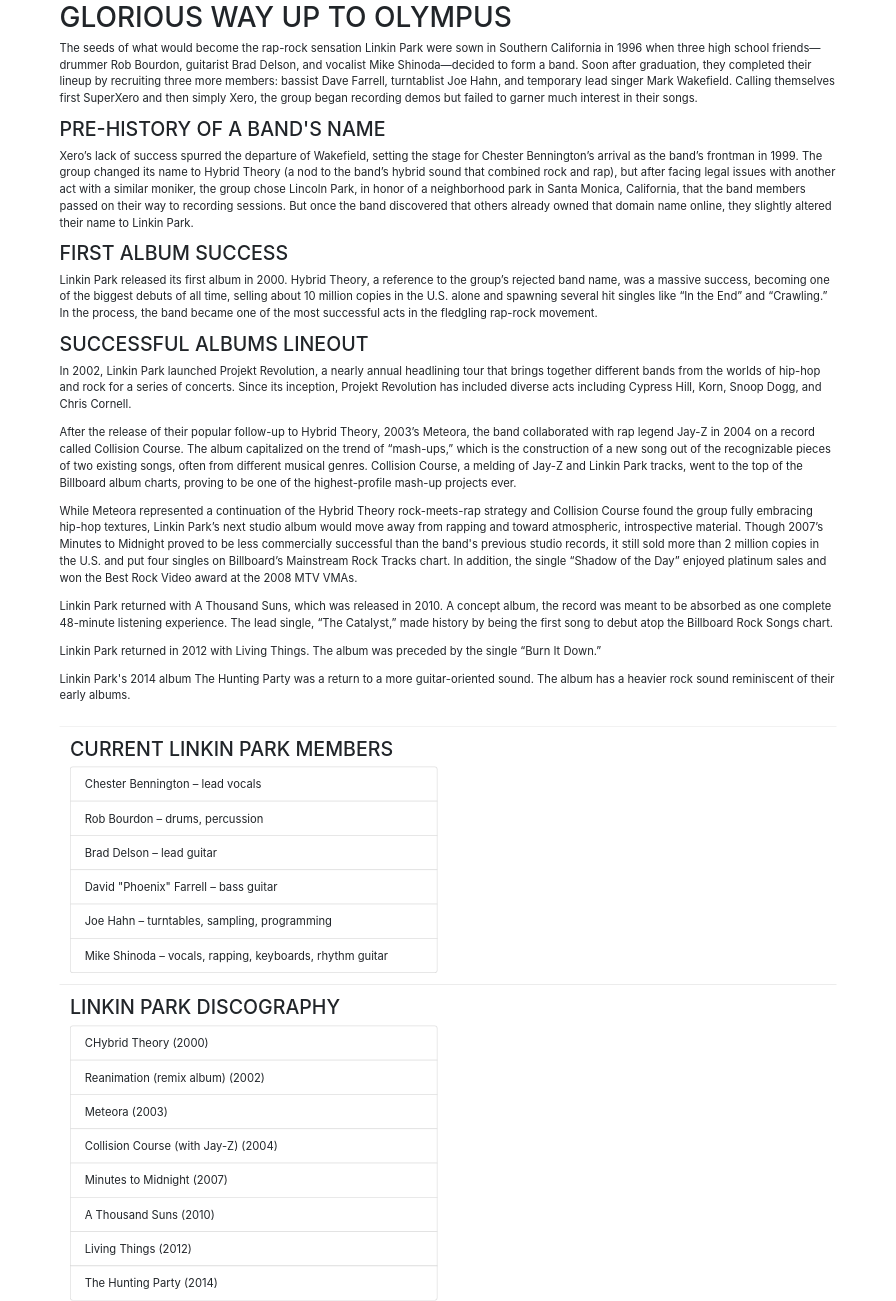
Repository: vaida898/website
Page: index.html
The author's editor kept a record of every edit. The page is drawn from the files as they stood at one moment, then again after the next edit.
The browser window is 1280 px wide. The pictures show the whole page, at 70% of full size.

Above is the page before.
Console error: TypeError: Cannot read properties of undefined (reading 'fn')

### index.html
<!DOCTYPE html>
<html lang="en">

<head>
    <meta charset="UTF-8">
    <meta name="viewport" content="width=device-width, initial-scale=1.0">
    <meta http-equiv="X-UA-Compatible" content="ie=edge">
    <title>LinkinPark website</title>
</head>
<link rel="stylesheet" href="https://stackpath.bootstrapcdn.com/bootstrap/4.3.1/css/bootstrap.min.css" integrity="sha384-ggOyR0iXCbMQv3Xipma34MD+dH/1fQ784/j6cY/iJTQUOhcWr7x9JvoRxT2MZw1T" crossorigin="anonymous">
<script src="https://stackpath.bootstrapcdn.com/bootstrap/4.3.1/js/bootstrap.min.js" integrity="sha384-JjSmVgyd0p3pXB1rRibZUAYoIIy6OrQ6VrjIEaFf/nJGzIxFDsf4x0xIM+B07jRM" crossorigin="anonymous"></script>

<body>
    <article class="container">
        <div class="row">
            <div class="col-12">
                <section class="About Us">
                    <h1 class="text-uppercase">Glorious way up to olympus</h1>
                    <p>The seeds of what would become the rap-rock sensation Linkin Park were sown in Southern California in 1996 when three high school friends—drummer Rob Bourdon, guitarist Brad Delson, and vocalist Mike Shinoda—decided to form a band.
                        Soon after graduation, they completed their lineup by recruiting three more members: bassist Dave Farrell, turntablist Joe Hahn, and temporary lead singer Mark Wakefield. Calling themselves first SuperXero and then simply Xero,
                        the group began recording demos but failed to garner much interest in their songs.</p>

                    <h3 class="text-uppercase">Pre-history of a band's name</h3>
                    <p>Xero’s lack of success spurred the departure of Wakefield, setting the stage for Chester Bennington’s arrival as the band’s frontman in 1999. The group changed its name to Hybrid Theory (a nod to the band’s hybrid sound that combined
                        rock and rap), but after facing legal issues with another act with a similar moniker, the group chose Lincoln Park, in honor of a neighborhood park in Santa Monica, California, that the band members passed on their way to recording
                        sessions. But once the band discovered that others already owned that domain name online, they slightly altered their name to Linkin Park.</p>

                    <h3 class="text-uppercase">First Album success</h3>
                    <p>Linkin Park released its first album in 2000. Hybrid Theory, a reference to the group’s rejected band name, was a massive success, becoming one of the biggest debuts of all time, selling about 10 million copies in the U.S. alone and
                        spawning several hit singles like “In the End” and “Crawling.” In the process, the band became one of the most successful acts in the fledgling rap-rock movement.</p>

                    <h3 class="text-uppercase">Successful albums lineout</h3>
                    <p>In 2002, Linkin Park launched Projekt Revolution, a nearly annual headlining tour that brings together different bands from the worlds of hip-hop and rock for a series of concerts. Since its inception, Projekt Revolution has included
                        diverse acts including Cypress Hill, Korn, Snoop Dogg, and Chris Cornell.</p>

                    <p>After the release of their popular follow-up to Hybrid Theory, 2003’s Meteora, the band collaborated with rap legend Jay-Z in 2004 on a record called Collision Course. The album capitalized on the trend of “mash-ups,” which is the
                        construction of a new song out of the recognizable pieces of two existing songs, often from different musical genres. Collision Course, a melding of Jay-Z and Linkin Park tracks, went to the top of the Billboard album charts, proving
                        to be one of the highest-profile mash-up projects ever.</p>

                    <p>While Meteora represented a continuation of the Hybrid Theory rock-meets-rap strategy and Collision Course found the group fully embracing hip-hop textures, Linkin Park’s next studio album would move away from rapping and toward atmospheric,
                        introspective material. Though 2007’s Minutes to Midnight proved to be less commercially successful than the band's previous studio records, it still sold more than 2 million copies in the U.S. and put four singles on Billboard’s
                        Mainstream Rock Tracks chart. In addition, the single “Shadow of the Day” enjoyed platinum sales and won the Best Rock Video award at the 2008 MTV VMAs.</p>

                    <p>Linkin Park returned with A Thousand Suns, which was released in 2010. A concept album, the record was meant to be absorbed as one complete 48-minute listening experience. The lead single, “The Catalyst,” made history by being the
                        first song to debut atop the Billboard Rock Songs chart.</p>

                    <p>Linkin Park returned in 2012 with Living Things. The album was preceded by the single “Burn It Down.”</p>

                    <p>Linkin Park's 2014 album The Hunting Party was a return to a more guitar-oriented sound. The album has a heavier rock sound reminiscent of their early albums.</p>
                </section>
            </div>
        </div>

        <hr>

        <article class="container">
        <section class="Band members">
            <div class="row">
                <div class="col-12 col-md-12 col-lg-6">
                    <h3 class="text-uppercase">Current Linkin Park members</h3>
                </div>
            </div>
            <div class="row">
                <div class="col-12 col-md-12 col-lg-6">
                    <ul class="list-group">
                        <li class="list-group-item">Chester Bennington – lead vocals</li>
                        <li class="list-group-item">Rob Bourdon – drums, percussion</li>
                        <li class="list-group-item">Brad Delson – lead guitar</li>
                        <li class="list-group-item">David "Phoenix" Farrell – bass guitar</li>
                        <li class="list-group-item">Joe Hahn – turntables, sampling, programming</li>
                        <li class="list-group-item">Mike Shinoda – vocals, rapping, keyboards, rhythm guitar</li>
                    </ul>
                </div>
            </div>
        </section>
        </article>

        <hr>

        <article class="container">
        <section class="Discography">
            <div class="row">
                <div class="col-12 col-md-12 col-lg-6">
                    <h3 class="text-uppercase">Linkin Park discography</h3>
                </div>
            </div>
            <div class="row">
                <div class="col-12 col-md-12 col-lg-6">
                    <ul class="list-group">
                        <li class="list-group-item">CHybrid Theory (2000)</li>
                        <li class="list-group-item">Reanimation (remix album) (2002)</li>
                        <li class="list-group-item">Meteora (2003)</li>
                        <li class="list-group-item">Collision Course (with Jay-Z) (2004)</li>
                        <li class="list-group-item">Minutes to Midnight (2007)</li>
                        <li class="list-group-item">A Thousand Suns (2010)</li>
                        <li class="list-group-item">Living Things (2012)</li>
                        <li class="list-group-item">The Hunting Party (2014)</li>
                    </ul>
                </div>
            </div>
        </section>
    </article>

</body>

</html>

After the next edit:
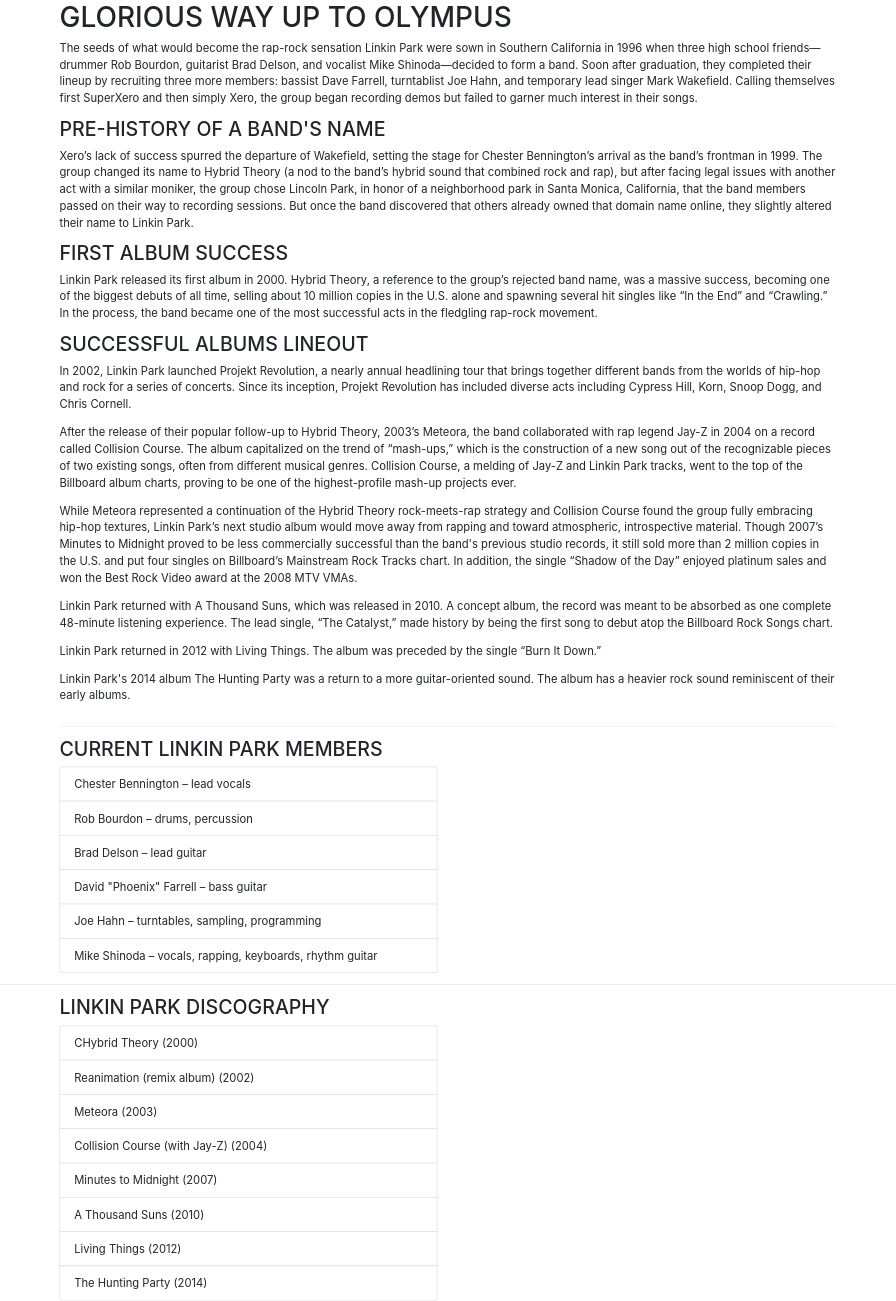
The edit:
--- a/index.html
+++ b/index.html
@@ -53,52 +53,53 @@
 
         <hr>
 
-        <article class="container">
-        <section class="Band members">
-            <div class="row">
-                <div class="col-12 col-md-12 col-lg-6">
-                    <h3 class="text-uppercase">Current Linkin Park members</h3>
+
+            <section class="Band members">
+                <div class="row">
+                    <div class="col-12 col-md-12 col-lg-6">
+                        <h3 class="text-uppercase">Current Linkin Park members</h3>
+                    </div>
                 </div>
-            </div>
-            <div class="row">
-                <div class="col-12 col-md-12 col-lg-6">
-                    <ul class="list-group">
-                        <li class="list-group-item">Chester Bennington – lead vocals</li>
-                        <li class="list-group-item">Rob Bourdon – drums, percussion</li>
-                        <li class="list-group-item">Brad Delson – lead guitar</li>
-                        <li class="list-group-item">David "Phoenix" Farrell – bass guitar</li>
-                        <li class="list-group-item">Joe Hahn – turntables, sampling, programming</li>
-                        <li class="list-group-item">Mike Shinoda – vocals, rapping, keyboards, rhythm guitar</li>
-                    </ul>
+                <div class="row">
+                    <div class="col-12 col-md-12 col-lg-6">
+                        <ul class="list-group">
+                            <li class="list-group-item">Chester Bennington – lead vocals</li>
+                            <li class="list-group-item">Rob Bourdon – drums, percussion</li>
+                            <li class="list-group-item">Brad Delson – lead guitar</li>
+                            <li class="list-group-item">David "Phoenix" Farrell – bass guitar</li>
+                            <li class="list-group-item">Joe Hahn – turntables, sampling, programming</li>
+                            <li class="list-group-item">Mike Shinoda – vocals, rapping, keyboards, rhythm guitar</li>
+                        </ul>
+                    </div>
                 </div>
-            </div>
-        </section>
+            </section>
         </article>
 
         <hr>
 
         <article class="container">
-        <section class="Discography">
-            <div class="row">
-                <div class="col-12 col-md-12 col-lg-6">
-                    <h3 class="text-uppercase">Linkin Park discography</h3>
+            <section class="Discography">
+                <div class="row">
+                    <div class="col-12 col-md-12 col-lg-6">
+                        <h3 class="text-uppercase">Linkin Park discography</h3>
+                    </div>
                 </div>
-            </div>
-            <div class="row">
-                <div class="col-12 col-md-12 col-lg-6">
-                    <ul class="list-group">
-                        <li class="list-group-item">CHybrid Theory (2000)</li>
-                        <li class="list-group-item">Reanimation (remix album) (2002)</li>
-                        <li class="list-group-item">Meteora (2003)</li>
-                        <li class="list-group-item">Collision Course (with Jay-Z) (2004)</li>
-                        <li class="list-group-item">Minutes to Midnight (2007)</li>
-                        <li class="list-group-item">A Thousand Suns (2010)</li>
-                        <li class="list-group-item">Living Things (2012)</li>
-                        <li class="list-group-item">The Hunting Party (2014)</li>
-                    </ul>
+                <div class="row">
+                    <div class="col-12 col-md-12 col-lg-6">
+                        <ul class="list-group">
+                            <li class="list-group-item">CHybrid Theory (2000)</li>
+                            <li class="list-group-item">Reanimation (remix album) (2002)</li>
+                            <li class="list-group-item">Meteora (2003)</li>
+                            <li class="list-group-item">Collision Course (with Jay-Z) (2004)</li>
+                            <li class="list-group-item">Minutes to Midnight (2007)</li>
+                            <li class="list-group-item">A Thousand Suns (2010)</li>
+                            <li class="list-group-item">Living Things (2012)</li>
+                            <li class="list-group-item">The Hunting Party (2014)</li>
+                        </ul>
+                    </div>
                 </div>
-            </div>
-        </section>
+            </section>
+        </article>
     </article>
 
 </body>
